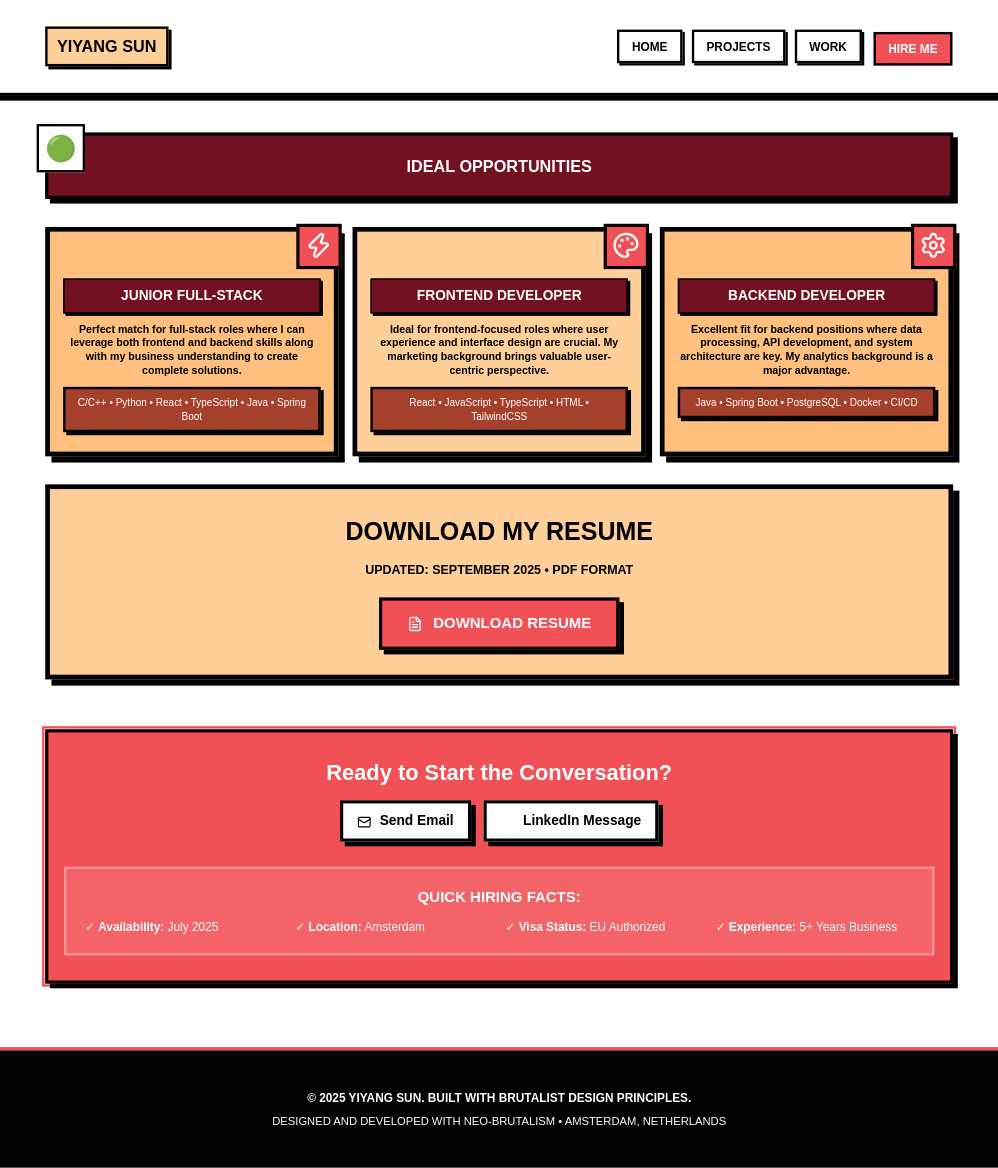
Repository: miloyiyangsun/yiyangsun.github.io
Page: .superdesign/design_iterations/yiyang_hireme_v2.html
The author's editor kept a copy of each file at every save. The page is drawn from the files as they stood at one save, then again after the next save.
The browser window is 1280 px wide. The pictures show the whole page, at 78% of full size.

Above is the page before, as saved 2025-09-03 22:10:43.

After the next save:
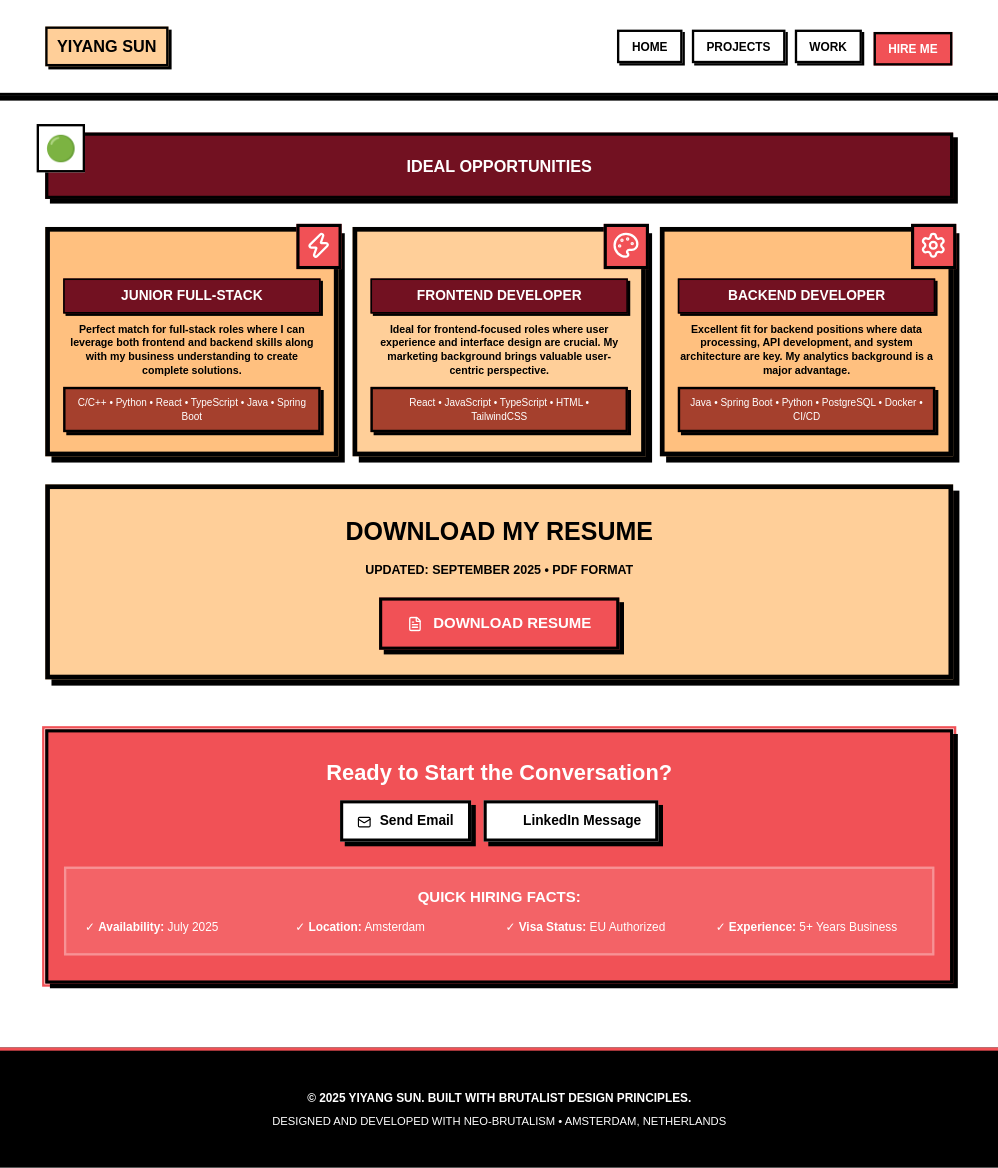
Saved 3 min 4 s later.
--- a/.superdesign/design_iterations/yiyang_hireme_v2.html
+++ b/.superdesign/design_iterations/yiyang_hireme_v2.html
@@ -514,7 +514,7 @@ Email Me Today
               background is a major advantage.
             </div>
             <div class="skills-match">
-              Java • Spring Boot • PostgreSQL • Docker • CI/CD
+              Java • Spring Boot • Python • PostgreSQL • Docker • CI/CD
             </div>
           </div>
         </div>
